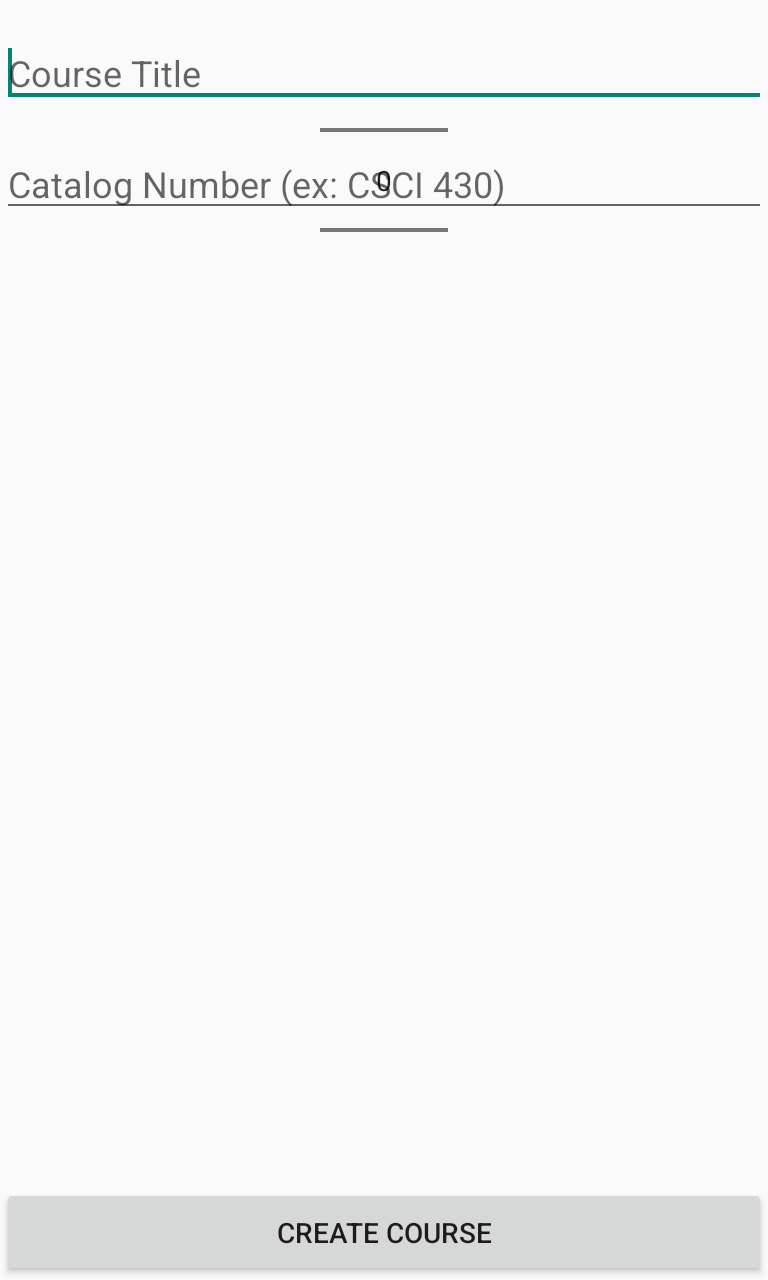
Repository: Jooms/Examples
Layout: CourseManager/res/layout/activity_main.xml
An editor plug-in stored every save of this project. The layout is shown before and after the next save, followed by the edit.
It is drawn on a 768 x 1280 px phone screen (xhdpi) without system bars, with theme AppTheme; the app's code is not run.

Above is the layout before, as saved 2014-10-06 02:15:25.

### CourseManager/res/layout/activity_main.xml
<RelativeLayout xmlns:android="http://schemas.android.com/apk/res/android"
    xmlns:tools="http://schemas.android.com/tools"
    android:layout_width="match_parent"
    android:layout_height="match_parent"
    tools:context="${relativePackage}.${activityClass}" >

    <EditText
        android:id="@+id/editName"
        android:layout_width="wrap_content"
        android:layout_height="wrap_content"
        android:layout_alignParentLeft="true"
        android:layout_alignParentRight="true"
        android:layout_alignParentTop="true"
        android:layout_marginTop="14dp"
        android:ems="10"
        android:hint="@string/title_hint" >

        <requestFocus />
    </EditText>

    <EditText
        android:id="@+id/editNumber"
        android:layout_width="wrap_content"
        android:layout_height="wrap_content"
        android:layout_alignLeft="@+id/editName"
        android:layout_alignParentRight="true"
        android:layout_below="@+id/editName"
        android:layout_marginTop="14dp"
        android:ems="10"
        android:hint="@string/catalog_hint" />

    <Button
        android:id="@+id/buttonCreate"
        android:layout_width="wrap_content"
        android:layout_height="wrap_content"
        android:layout_alignParentBottom="true"
        android:layout_alignParentLeft="true"
        android:layout_alignParentRight="true"
        android:onClick="buttonCreatePressed"
        android:text="@string/create_action" />


    <NumberPicker
        android:id="@+id/numPickCapacity"
        android:layout_width="wrap_content"
        android:layout_height="wrap_content"
        android:layout_below="@+id/numPickCapacity"
        android:layout_centerHorizontal="true"
        android:orientation="vertical" />

    <TextView
        android:id="@+id/textFeedback"
        android:layout_width="wrap_content"
        android:layout_height="wrap_content"
        android:layout_below="@+id/numPickCapacity"
        android:layout_marginTop="44dp"
        android:textAppearance="?android:attr/textAppearanceLarge"
        android:textColor="@android:color/holo_red_dark" />


</RelativeLayout>

### CourseManager/res/values/strings.xml
<?xml version="1.0" encoding="utf-8"?>
<resources>

    <string name="app_name">CourseManager</string>
    <string name="hello_world">Hello world!</string>
    <string name="create_action">Create Course</string>
    <string name="catalog_hint">Catalog Number (ex: CSCI 430)</string>
    <string name="title_hint">Course Title</string>

</resources>

Loaded but not shown: CourseManager/res/values/styles.xml (common file); CourseManager/res/values-v11/styles.xml (common file); CourseManager/res/values-v14/styles.xml (common file)

After the next save:
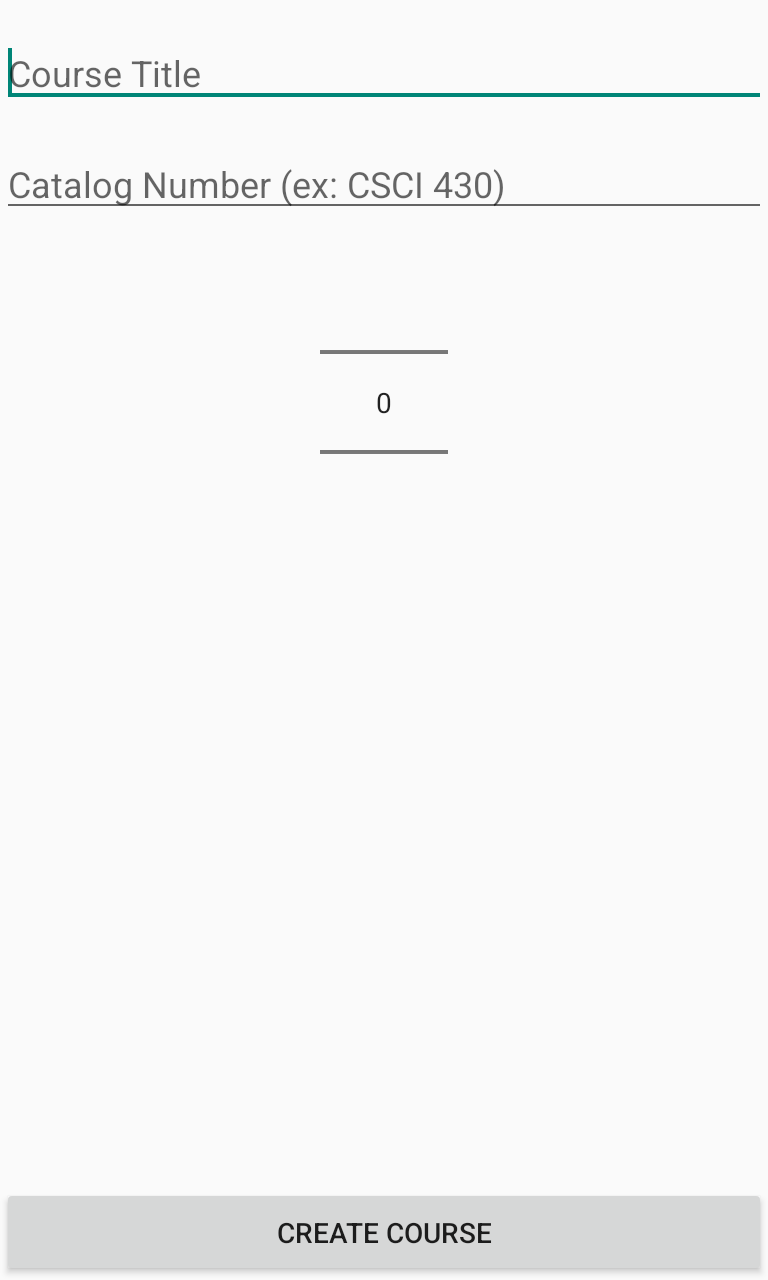
Saved 2 min 30 s later.
--- a/CourseManager/res/layout/activity_main.xml
+++ b/CourseManager/res/layout/activity_main.xml
@@ -44,7 +44,7 @@
         android:id="@+id/numPickCapacity"
         android:layout_width="wrap_content"
         android:layout_height="wrap_content"
-        android:layout_below="@+id/numPickCapacity"
+        android:layout_below="@+id/editNumber"
         android:layout_centerHorizontal="true"
         android:orientation="vertical" />
 
